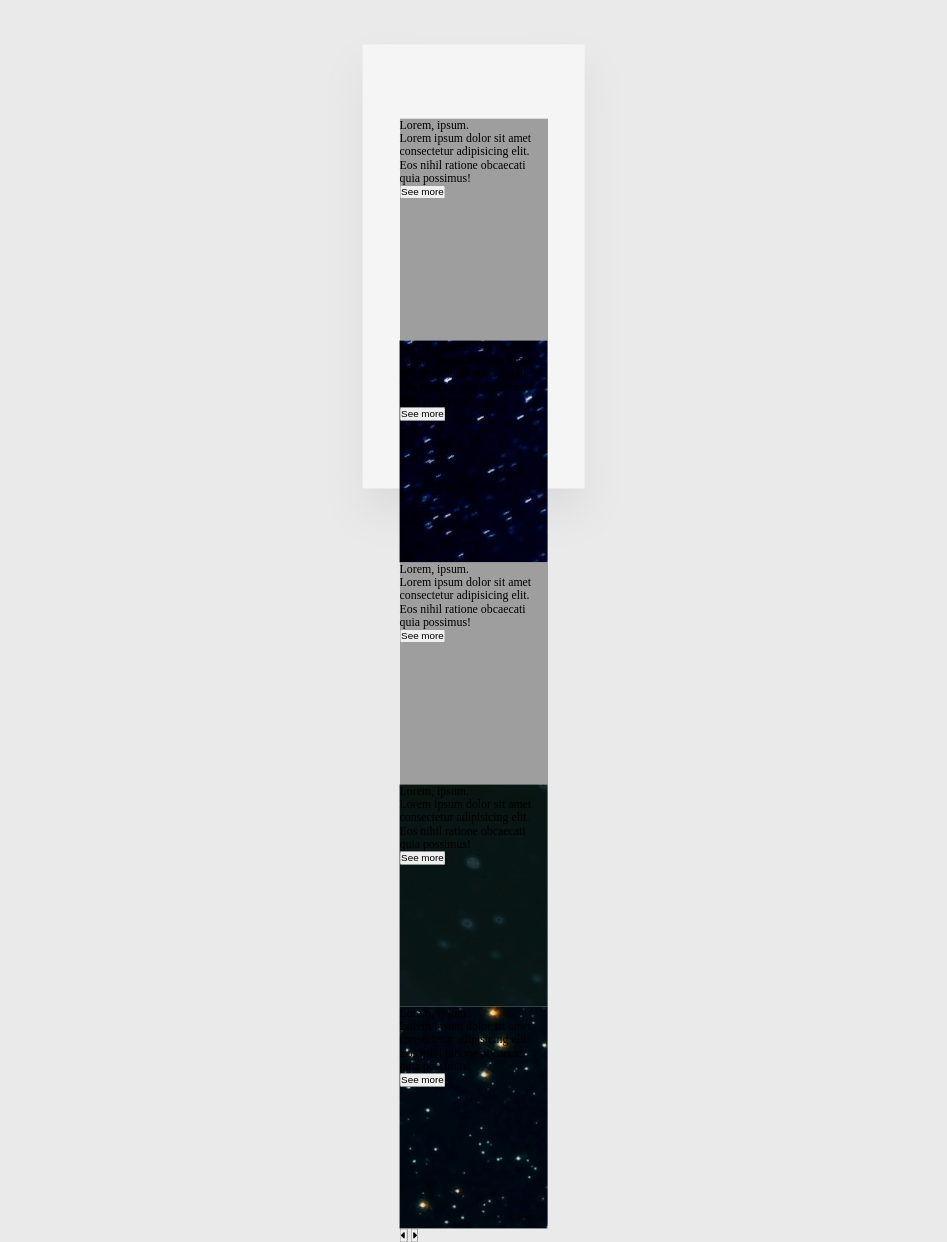
Repository: zeinawady/-Image-Slider-Project
Page: index.html
The author's editor kept a copy of each file at every save. The page is drawn from the files as they stood at one save, then again after a run of saves.
The browser window is 1280 px wide. The pictures show the whole page, at 74% of full size.
Pictures or frames that could not be fetched are drawn as grey boxes.

Above is the page before, as saved 2024-09-19 16:22:16.

After the next 7 saves:
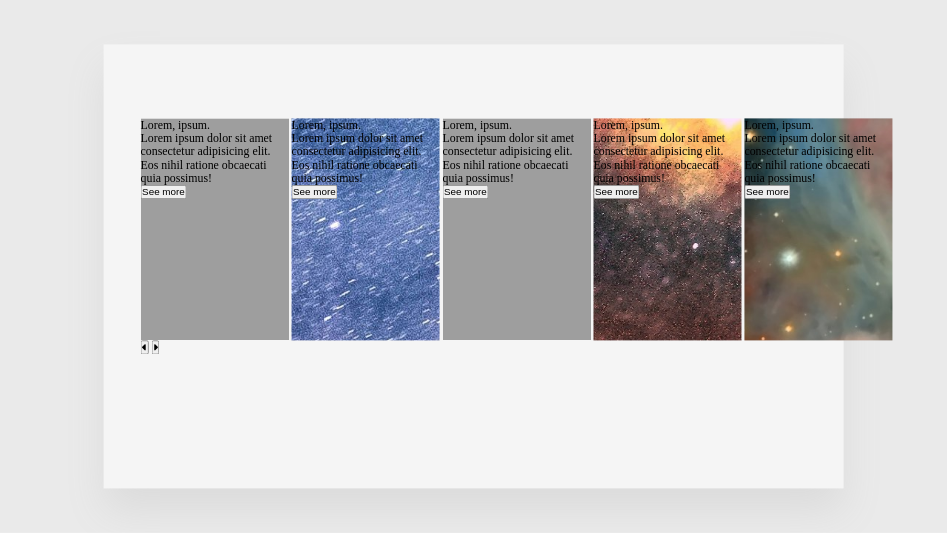
The 7 saves are shown as one change because they came seconds apart.
The last was saved 15 s later.
--- a/css/style.css
+++ b/css/style.css
@@ -42,5 +42,6 @@ body{
 .item{
     max-width: 200px;
     height: 300px;
-    bac
+    background-position: 50% 50%;
+    display: inline-block;
 }
